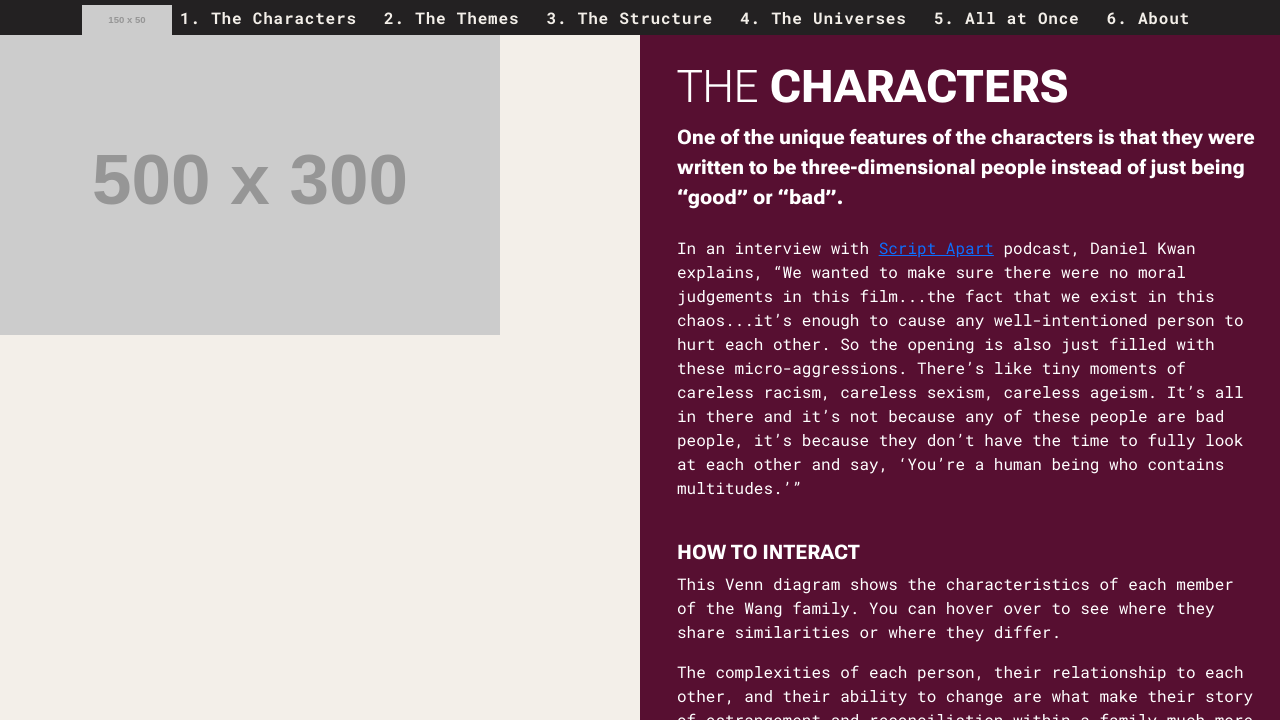
Repository: angelica-hom/msdv-thesis
Page: characters.html
The author's editor kept a record of every edit. The page is drawn from the files as they stood at one moment, then again after the next edit.
The browser window is 1280 px wide. The pictures show the whole page.
An inner scrolling area shows only its first screen.

Above is the page before.

### characters.html
<!doctype html>
<html lang="en">
<head>
    <meta charset="utf-8">
    <meta name="viewport" content="width=device-width, initial-scale=1">
    <link href="https://cdn.jsdelivr.net/npm/bootstrap@5.1.3/dist/css/bootstrap.min.css" rel="stylesheet">
    <link href="characters.css" rel="stylesheet">
    <title>Decoding Everything Everywhere All at Once</title>
</head>
<body>
    <nav class="navbar navbar-expand-lg navbar-custom">
        <div class="container">
            <a class="navbar-brand" href="#">
                <img src="https://via.placeholder.com/150x50" alt="Your Brand" height="30">
            </a>
            <div class="collapse navbar-collapse" id="navbarNav">
                <ul class="navbar-nav mx-auto">
                    <li class="nav-item">
                        <a class="nav-link" href="characters.html">1. The Characters</a>
                    </li>
                    <li class="nav-item">
                        <a class="nav-link" href="themes.html">2. The Themes</a>
                    </li>
                    <li class="nav-item">
                        <a class="nav-link" href="structure.html">3. The Structure</a>
                    </li>
                    <li class="nav-item">
                        <a class="nav-link" href="universes.html">4. The Universes</a>
                    </li>
                    <li class="nav-item">
                        <a class="nav-link" href="once.html">5. All at Once</a>
                    </li>
                    <li class="nav-item">
                        <a class="nav-link" href="about.html">6. About</a>
                    </li>
                </ul>
            </div>
        </div>
    </nav>

    <div class="container-fluid">
        <div class="row">
            <div class="col-md-6 left-section">
                <img src="https://via.placeholder.com/500x300" alt="Static image" class="img-fluid">
            </div>
            <div class="col-md-6 d-flex flex-column justify-content-center right-section">
                <div id="content">
                    <h2>THE <span class="bold">CHARACTERS</span></h2>
                    <span class="subheading">One of the unique features of the characters is that they were written to be three-dimensional people instead of just being “good” or “bad”.</span>
                    <br><br><p>In an interview with <a href="https://screencraft.org/blog/script-apart-the-daniels-unpack-everything-everywhere-all-at-once/" target='_blank'>Script Apart</a> podcast, Daniel Kwan explains, “We wanted to make sure there were no moral judgements in this film...the fact that we exist in this chaos...it’s enough to cause any well-intentioned person to hurt each other. So the opening is also just filled with these micro-aggressions. There’s like tiny moments of careless racism, careless sexism, careless ageism. It’s all in there and it’s not because any of these people are bad people, it’s because they don’t have the time to fully look at each other and say, ‘You’re a human being who contains multitudes.’”</p>
                    <br><h3>HOW TO INTERACT</h3>
                    <p>This Venn diagram shows the characteristics of each member of the Wang family. You can hover over to see where they share similarities or where they differ.</p>
                    <p>The complexities of each person, their relationship to each other, and their ability to change are what make their story of estrangement and reconciliation within a family much more powerful than a story of “good” vs “bad”.</p>
                </div>
                <div>
                    <a href="intro.html" class="btn btn-primary me-2">Intro</a>
                    <a href="themes.html" class="btn btn-secondary">The Themes</a>
                </div>
            </div>
        </div>
    </div>

    <script src="characters.js"></script>
    <script src="https://cdn.jsdelivr.net/npm/@popperjs/core@2.11.6/dist/umd/popper.min.js"></script>
    <script src="https://cdn.jsdelivr.net/npm/bootstrap@5.1.3/dist/js/bootstrap.min.js"></script>
    <script src="https://code.highcharts.com/highcharts.js"></script>
    <script src="https://code.highcharts.com/modules/venn.js"></script>
    <script src="https://code.highcharts.com/modules/exporting.js"></script>
    <script src="https://code.highcharts.com/modules/accessibility.js"></script>
</body>
</html>

### characters.css
@import url('https://fonts.googleapis.com/css2?family=Roboto+Flex:wght@100;200;300;400;500;600;700;800;900;1000&display=swap');
@import url('https://fonts.googleapis.com/css2?family=Roboto+Mono:ital,wght@0,100;0,200;0,300;0,400;0,500;0,600;0,700;1,100;1,200;1,300;1,400;1,500;1,600;1,700&display=swap');

body, html {
    margin: 0;
    height: 100%;
    overflow-x: hidden;
}

.container-fluid {
    height: calc(100% - 35px); /* Subtract navbar height */
    padding: 0;
}

.row {
    height: 100%;
}

/* NAVBAR */
.navbar-custom {
    margin-bottom: 0;
    height: 35px;
    align-items: center; /* Center the navbar content vertically */
    background-color: #232122; /* New navbar background color */
    width: 100%; /* Make the navbar container wider */
    font-family: 'Roboto Mono', monospace; /* Specify the font family */
    font-weight: 700;
}

.navbar-custom .navbar-brand,
.navbar-custom .nav-link {
    color: #F3EFE9;
    padding: 0;
    line-height: 35px;
    font-size: 16px;
    letter-spacing: 0.05em;
    font-family: 'Roboto Mono', monospace;
    margin: 0; /* Add a margin to create more space between nav items */
}

.navbar-custom .navbar-nav {
    flex-grow: 1;
    display: flex;
    justify-content: space-between; /* Spread out the nav items */
}

.navbar-custom .nav-link:hover {
    color: #232122;
    background-color: #F3EFE9; /* New background color on hover */
}

a:focus, a:active, a:hover {
  outline: none;
  text-decoration: none;
  color: #F3EFE9; /* Set the desired color for the links */
}

/* LEFT SECTION STYLE */
.left-section {
    background-color: #F3EFE9;
}

/* RIGHT SECTION STYLE */
.right-section {
    background-color: #570F31;
    color: #FFF; /* Set text color to white for better contrast */
    justify-content: flex-start!important;
}

.right-section #content {
    padding: 25px;
}

.right-section #content h2 {
    font-family: 'Roboto Flex', sans-serif;
    font-style: normal;
    font-weight: 200;
    font-size: 45px;
}

.right-section #content .subheading {
    font-family: 'Roboto Flex', sans-serif;
    font-style: normal;
    font-weight: 800;
    font-size: 20px;
}

.right-section #content h3 {
    font-family: 'Roboto Flex', sans-serif;
    font-style: normal;
    font-weight: 800;
    font-size: 20px;
}

@media (max-width: 768px) {
  h2 {
    font-size: 28px;
  }
}

.right-section #content .bold {
    font-weight: 800;
}

.right-section #content p {
    font-family: 'Roboto Mono', monospace;
    font-style: normal;
    font-weight: 400;
    font-size: 16px;
}

/* VISUALIZATION */
.vertical-center {
  margin: 0;
  position: relative;
  top: 50%;
  -ms-transform: translateY(-50%);
  transform: translateY(-50%);
}

### characters.js
document.addEventListener('keydown', function (event) {
    if (event.code === 'ArrowLeft') {
        window.location.href = 'intro.html';
    }
});

document.addEventListener('keydown', function (event) {
    if (event.code === 'ArrowRight') {
        window.location.href = 'themes.html';
    }
});

After the next edit:
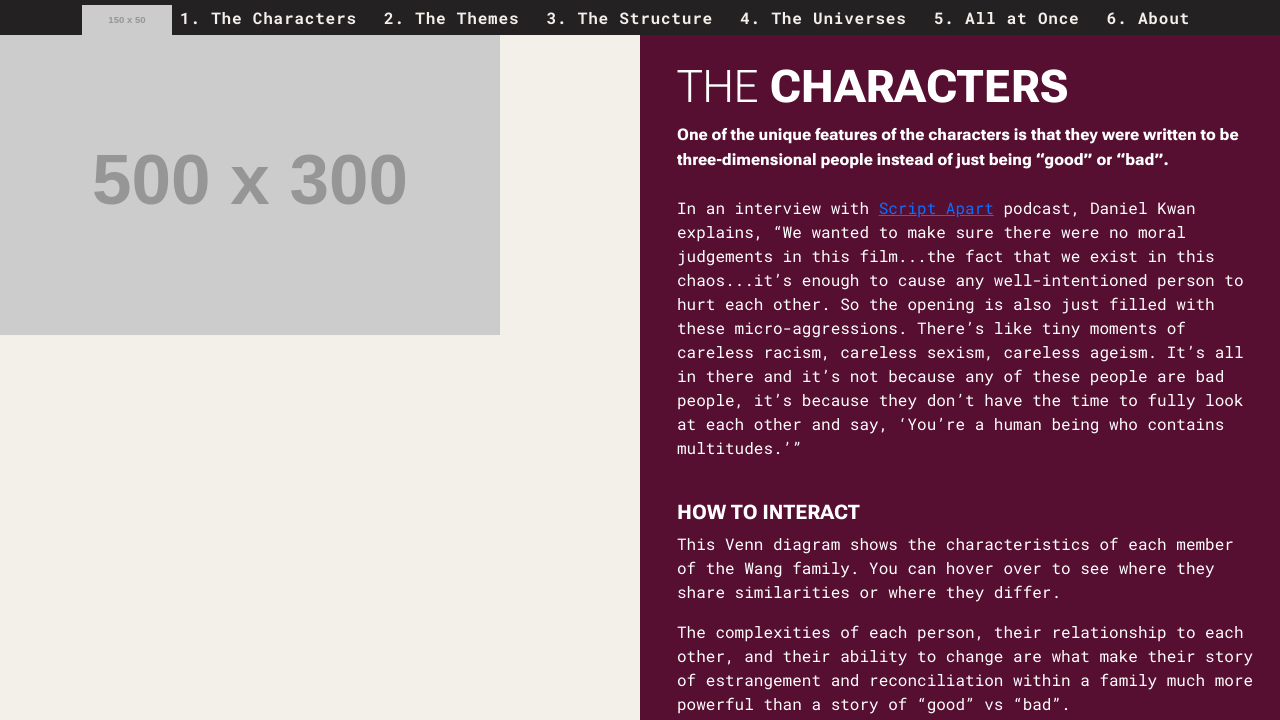
The edit:
--- a/characters.css
+++ b/characters.css
@@ -82,7 +82,7 @@
     font-family: 'Roboto Flex', sans-serif;
     font-style: normal;
     font-weight: 800;
-    font-size: 20px;
+    font-size: 16px;
 }
 
 .right-section #content h3 {
